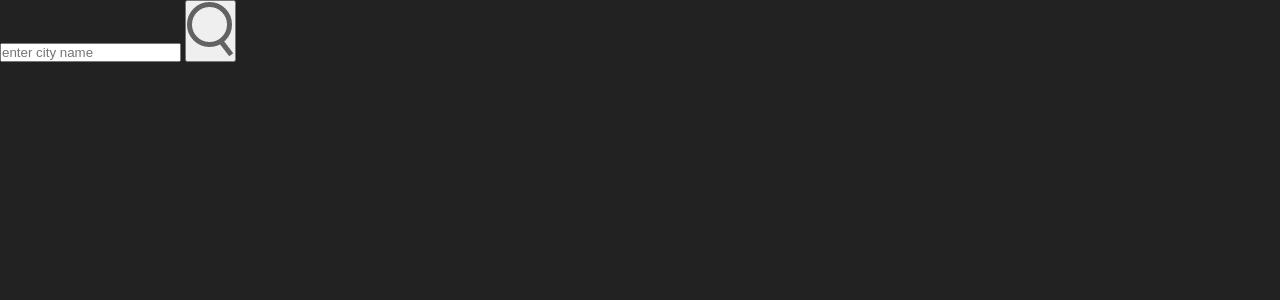
Repository: Rohit-foryou/Weather-app
Page: Weather App/Weather.html
These files come from the project's save history. The page is drawn as it stood at one moment and after the next save; the edit follows.
The browser window is 1280 px wide. The pictures show the whole page.

Above is the page before, as saved 2023-12-13 14:04:06.

### Weather App/Weather.html
<!DOCTYPE html>
<html lang="en">
<head>
    <meta charset="UTF-8">
    <meta name="viewport" content="width=device-width, initial-scale=1.0">
    <link rel="stylesheet" href="Weather.css">
    <title>Weather</title>
</head>
<body>
    <div class="card">
        <div class="search">
            <input type="text" placeholder="enter city name" spellcheck="false">
            <button><img src="Weather(Images)/search.png" alt=""></button>
        </div>
    </div>
</body>
</html>

### Weather App/Weather.css
*{
    margin: 0;
    padding: 0;
    font-family: 'Poppins', sans-serif;
    box-sizing: border-box;
}

body{
    background: #222;
}

.card{
    width: 90%;
}

After the next save:
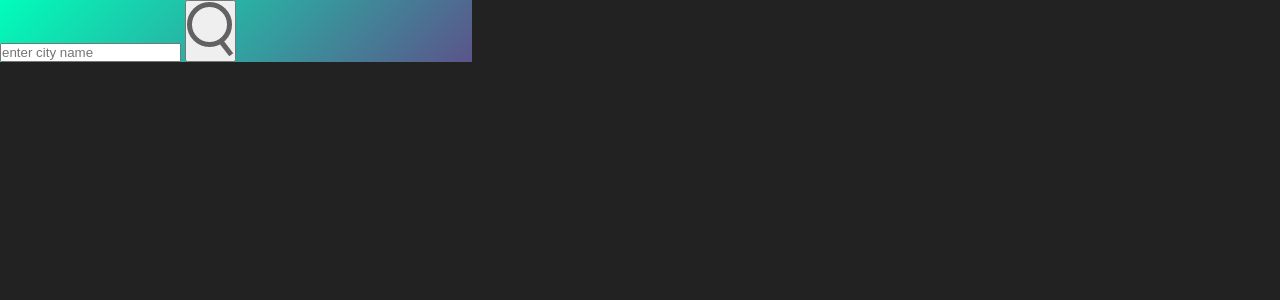
Saved 2 min 49 s later.
--- a/Weather App/Weather.css
+++ b/Weather App/Weather.css
@@ -11,4 +11,7 @@ body{
 
 .card{
     width: 90%;
+    max-width: 472px;
+    background: linear-gradient(135deg, #00feba, #5b548a);
+
 }
